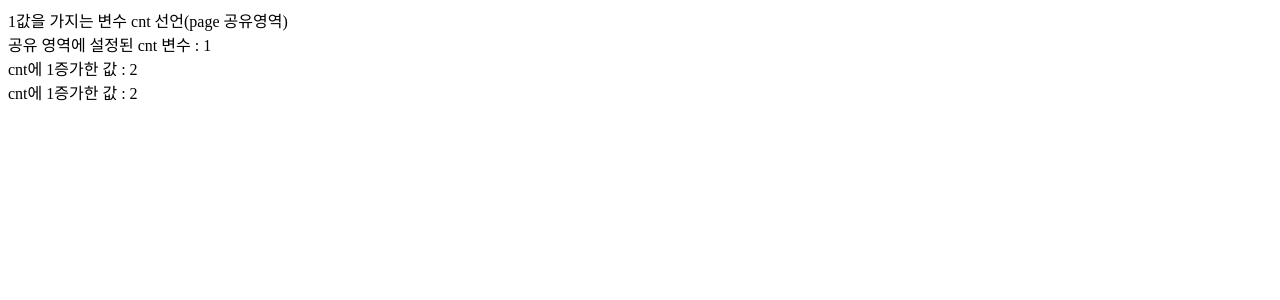
Repository: sunnny10/web-workspace
Page: http://localhost/Lecture-Web/jsp/jstl/core/exam01.jsp
The author's editor kept a copy of each file at every save. The page is drawn from the files as they stood at one save, then again after the next save.
The browser window is 1280 px wide. The pictures show the whole page.
The page is served by Tomcat 9.

Above is the page before, as saved 2022-06-07 05:53:05.

After the next save:
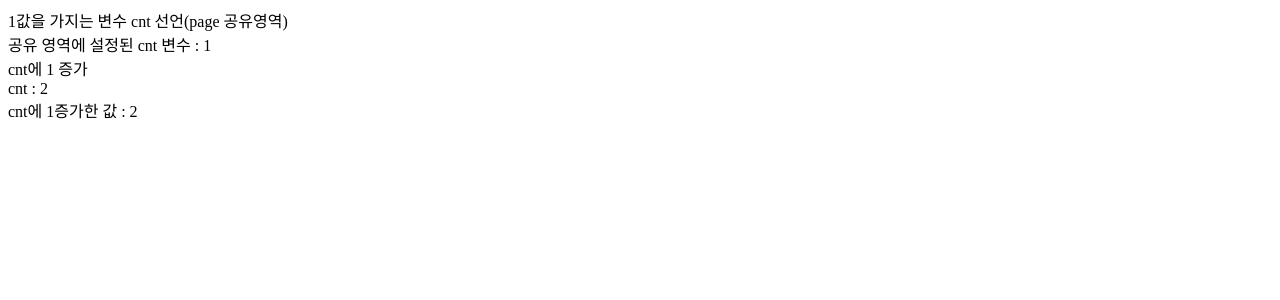
Saved 41 s later.
--- a/Lecture-Web/src/main/webapp/jsp/jstl/core/exam01.jsp
+++ b/Lecture-Web/src/main/webapp/jsp/jstl/core/exam01.jsp
@@ -14,9 +14,9 @@
 	%> --%>
 	<c:set var="cnt" value="1" />
 		공유 영역에 설정된 cnt 변수 : ${ cnt }<br>
-	<%--cnt에 1 증가 --%>
+		cnt에 1 증가<br>
 		<c:set var="cnt" value="${ cnt + 1}"/>
-		cnt에 1증가한 값 : ${cnt}<br>
+		cnt : ${cnt}<br>
 	<%-- <%
 		int cnt = Integer.parseInt(pageContext.getAttribute("cnt"));
 		++cnt;
